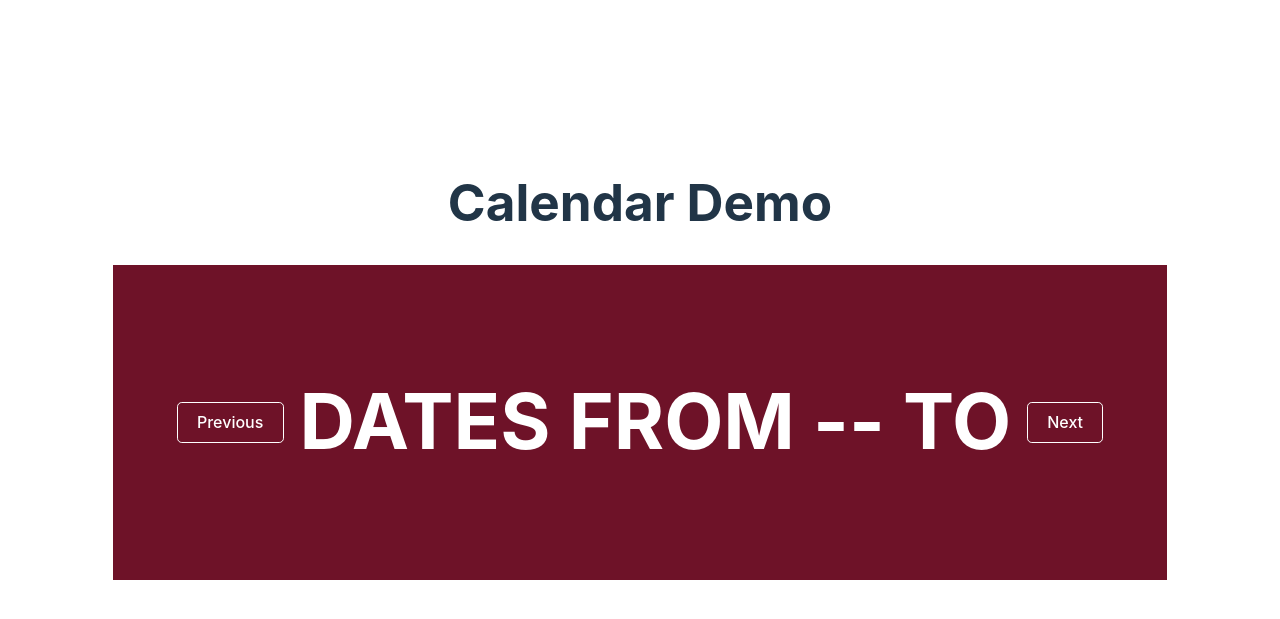
Repository: Maryie-B/weekly-calendar-scheduler
Page: /
These files come from the project's save history. The page is drawn as it stood at one moment and after the next save; the edit follows.
The browser window is 1280 px wide. The pictures show the whole page.
The project was rebuilt for these pictures with package versions that can differ from the ones it lists, and the page was loaded fresh each time. Also part of the build but not shown: vite.config.js.

Above is the page before, as saved 2024-03-26 11:28:42.

### src/App.jsx
import './App.css'
import Calendar from './Calendar'

function App() {

  return (
    <>
      <h1>Calendar Demo</h1>
      <div className='calendar-wrapper'>
        <button className='calendar-button'>Previous</button>
        <Calendar />
        <button className='calendar-button'>Next</button>
      </div>
    </>
  )
}

export default App

### src/App.css
#root {
  max-width: 1280px;
  margin: 0 auto;
  padding: 2rem;
  text-align: center;
}

.calendar-wrapper {
  display: flex;
  justify-content: center;
  align-items: center;
  background-color: rgb(110, 18, 40);
  color: white;
  padding: 3rem;
  /* font-size: 3rem; */
}


.calendar-button {
  background-color: rgba(0, 0, 0, 0);
  border-color: white;
  border-radius: 0.3rem;
  color: white;
  font-size: 1rem;
  margin: 1rem;
}

.calendar-text {
  font-size: 1.5rem;
  padding: 1rem 0rem;
}

### src/Calendar.jsx


const Calendar = () => {
  return (
    <div className="calendar-text">
      <h1>DATES FROM -- TO</h1>
    </div>
  )
}

export default Calendar

Loaded but not shown: index.html (common file); src/main.jsx (common file); src/index.css (common file)

After the next save:
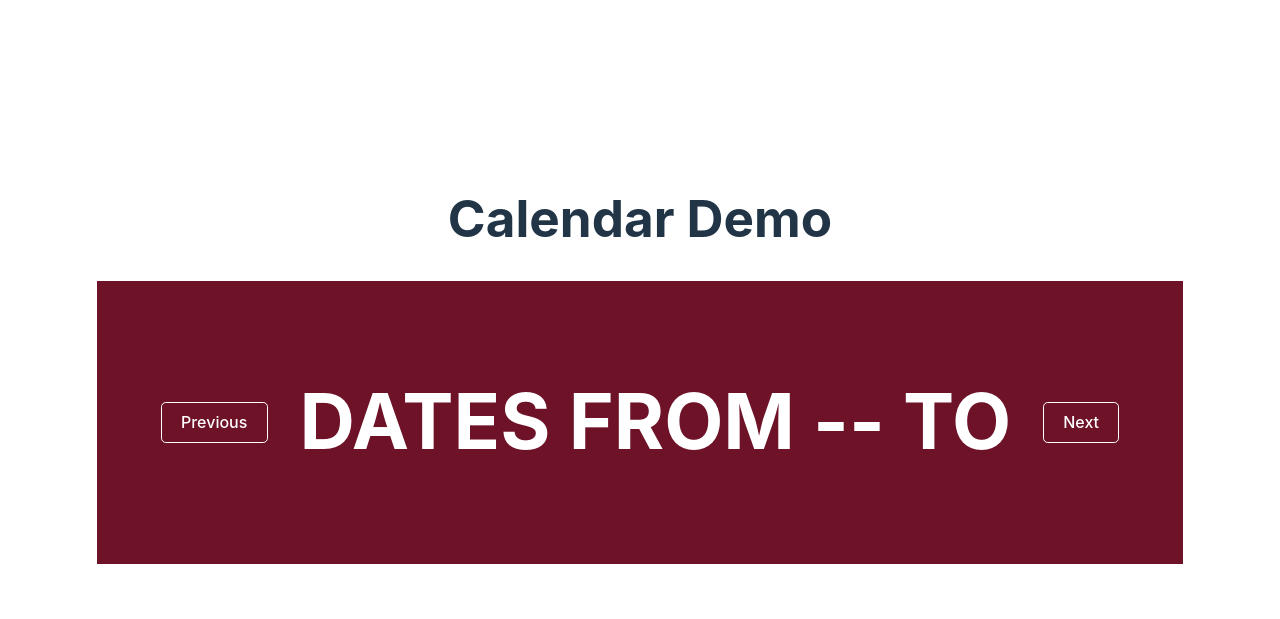
Saved 7 s later.
--- a/src/App.css
+++ b/src/App.css
@@ -27,5 +27,5 @@
 
 .calendar-text {
   font-size: 1.5rem;
-  padding: 1rem 0rem;
+  padding: 0rem 1rem;
 }
